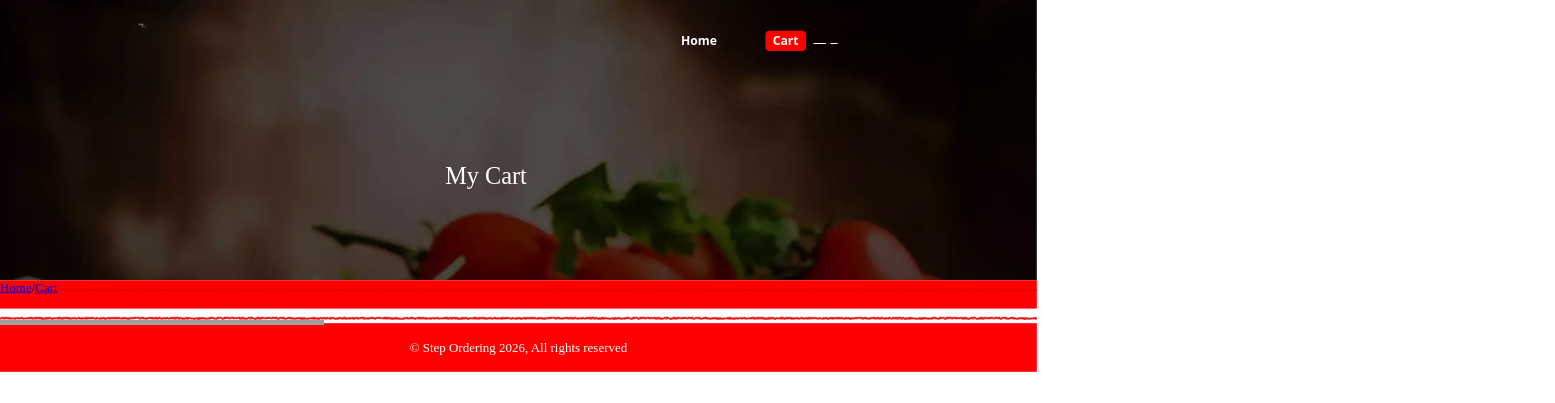
Repository: anastasia29-step/OnlineRestaurant
Page: Cart.html
The author's editor kept a copy of each file at every save. The page is drawn from the files as they stood at one save, then again after the next save.
The browser window is 1280 px wide. The page is 1280 px wide, then 1920 px, so the pictures cover 1920 px, including what lies to the right of the window. The pictures show the whole page, at 81% of full size.
Pictures or frames that could not be fetched are drawn as grey boxes.

Above is the page before, as saved 2026-03-11 20:24:19.

### Cart.html
<!DOCTYPE html>
<html lang="en">
<head>
    <meta charset="UTF-8">
    <meta name="viewport" content="width=device-width, initial-scale=1.0">
    <title>Document</title>
    <link rel="stylesheet" href="./cart.css">
    <link rel="stylesheet" href="./style.css">
</head>
<body>
    <section class="FirstLine">

        <div class="beside" id="navbar">
            <div class="left">
                <a href="./index.html"><img src="./photo/logo.png" alt=""></a>
            </div>

            <div class="right">
                <a href="./index.html">Home</a>
                <a href="./Cart.html" class="a">Cart</a>
                <a href="./Cart.html">
                    <img src="./photo/istockphoto-609074524-612x612 Background Removed.png" alt=""></a>
            </div>
        </div>

        <div class="bottom">
            <h1>My Cart</h1>
        </div>

    </section>

        <img src="./photo/border.png" alt="">
    <section class="SecondLine">
        <a href="./index.html">Home</a>
        <p>/</p>
        <a href="./Cart.html">Cart</a>
    </section>
        <img src="./photo/border.png" alt="">


    <footer>
            <p>© Step Ordering 2026, All rights reserved</p>
    </footer>
</body>
</html>

### cart.css
* {
    margin: 0;
    padding: 0;
    box-sizing: border-box;
}

section.SecondLine {
    background-color: #FF0000;
    height: 35px;
    display: flex;
    width: 100%;
    margin-top: -18px;
}

img {
    width: 100%;
    height: 5px;
}

### style.css
* {
    margin: 0;
    padding: 0;
    box-sizing: border-box;
}

.section {
    display: flex;
    flex-direction: column;
    justify-content: center;
    align-items: center;
    padding: 60px;
    gap: 10px;
}

section.section img {
    width: 80%;
    height: 5px;
    display: flex;
    justify-content: center;
    align-items: center;
}

.section h1 {
    font-style: bold;
    font-family: "Roboto Slab", serif;
    font-weight: 900;
}

ul {
    display: flex;
    justify-content: center;
    height: 80px;
    flex-wrap: wrap;
    list-style: none;
    font-weight: 400;
    gap: 18px;
    font-family: system-ui, -apple-system, BlinkMacSystemFont, 'Segoe UI', Roboto, Oxygen, Ubuntu, Cantarell, 'Open Sans', 'Helvetica Neue', sans-serif;
    align-items: center;
    margin-bottom: -12px;
}

ul::after {
    content: "";
    display: block;
    height: 6px;
    background-image: url("border.png");
    background-repeat: repeat-x;
    background-position: bottom;
}

.FirstLine {
    height: 48vh;
    background-image: url(./photo/inner_banner.jpg);
    background-position: center;
    background-repeat: no-repeat;
    background-size: cover;
    padding-left: 170px;
    padding-top: 20px;
}

.beside {
    position: fixed;
    top: 0;
    left: 0;
    width: 100%;
    display: flex;
    justify-content: space-between;
    padding: 20px 170px;
    transition: 0.3s;
    z-index: 1000;
}

.beside.active {
    background: rgba(5, 5, 5, 0.8);
}

.beside.active::after {
    content: "";
    position: absolute;
    bottom: 0;
    left: 0;
    width: 100%;
    height: 100px;
    background-image: url("photo/border.png");
    background-repeat: repeat-x;
    content: "";
    position: absolute;
    bottom: 0;
    left: 0;
    width: 100%;
    height: 5px;
    background-image: url("photo/border.png");
    background-repeat: repeat-x;
}

.beside .right {
    display: flex;
    gap: 20px;
    padding-right: 60px;
    padding-top: 20px;
}

.FirstLine .right :first-child:hover {
    color: #FFCC00;
}

.beside .right a {
    text-decoration: none;
    color: white;
    font-family: system-ui, -apple-system, BlinkMacSystemFont, 'Segoe UI', Roboto, Oxygen, Ubuntu, Cantarell, 'Open Sans', 'Helvetica Neue', sans-serif;
    font-size: 15px;
    font-weight: 700;
}

.beside .right .a {
    background-color: red;
    width: 50px;
    height: 25px;
    padding-top: 2px;
    text-align: center;
    border-radius: 5px;
    margin-top: -2px;
    margin-left: 40px;
}

.beside .right .a:hover+a img {
    transform: translateX(50px);
}

.beside .right img {
    width: 60px;
    margin-top: -21px;
    margin-left: -25px;
    transition: transform 3.0s;
}

.FirstLine .bottom h1 {
    text-align: center;
    color: white;
    margin-top: 180px;
    margin-right: 250px;
    font-size: 30px;
    font-weight: 500;
    font-family: "Roboto Slab", serif;
}

.section h1 {
    font-weight: 500;
    font-size: 35px;
}

ul li {
    height: 100%;
    font-size: 20px;
    cursor: pointer;
    transition: 0.5s;
    display: flex;
    flex-wrap: wrap;
    justify-content: center;
    align-items: center;
    padding: 5px;
    position: relative;
}

ul li:hover {
    background-color: red;
    color: white;
    position: relative;

}

ul li:hover::after {
    position: absolute;
    left: 0;
    right: 0;
    top: -4px;
    margin: auto;
    content: "";
    background: url(https://restaurant.stepprojects.ge/images/copyright_border.png);
    width: 100%;
    height: 6px;
    background-repeat: no-repeat;
}

ul li:hover::before {
    position: absolute;
    content: "";
    left: -4px;
    bottom: 0;
    top: 0;
    margin: auto;
    background: url(/photo/hover_Vbg.png);
    width: 6px;
}

.sectionCard {
    display: flex;
    width: 100%;
    padding: 60px;
    margin-top: -140px;
    justify-content: center;
}

.leftSide {
    width: 30%;
    padding: 40px;
    margin-left: 50px;
}

.filteredCard {
    width: 250px;
    height: 390px;
    display: flex;
    flex-direction: column;
    justify-content: space-between;
    align-items: center;
    padding: 20px;
    padding-bottom: 20px;
    background-color: #F1F1F1;
    border: 1px solid rgb(174, 172, 172);
    border-radius: 5px;
    font-family: system-ui, -apple-system, BlinkMacSystemFont, 'Segoe UI', Roboto, Oxygen, Ubuntu, Cantarell, 'Open Sans', 'Helvetica Neue', sans-serif;
    font-size: 18px;
    margin-left: 50px;

}

.filteredCard p {
    margin-top: -5px;
    margin-bottom: 10px;
}

.first {
    display: flex;
    width: 100%;
    justify-content: space-between;
}

.next {
    display: flex;
    align-items: center;
    text-align: center;
    width: 200px;
    height: 40px;
    gap: 10px;
    margin-top: -30px;
    margin-bottom: -10px;
}

.next .check {
    width: 20px;
    height: 20px;
    cursor: pointer;
    appearance: none;
    border: 2px solid grey;
    border-radius: 2px;
}
.next .check:checked {
    background-color: red;
    border: 2px solid red;
}
.next .check:checked::after {
    content: "✔";
    color: white;
    font-size: 14px;
    display: flex;
    justify-content: center;
    align-items: center;
}

.check:hover {
    border: 2px solid black;
}

.next p {
    font-size: 15px;
    margin-top: 5px;
}

.filteredCard button {
    height: 45px;
    width: 210px;
    background-color: #FF0000;
    color: white;
    border: none;
    border-radius: 5px;
    cursor: pointer;
    transition: 0.5s;
    font-size: 16px;
    font-family: system-ui, -apple-system, BlinkMacSystemFont, 'Segoe UI', Roboto, Oxygen, Ubuntu, Cantarell, 'Open Sans', 'Helvetica Neue', sans-serif;
    font-weight: 800;
}

.reset {
    margin-bottom: 25px;
}

.range {
    width: 90%;
    appearance: none;
    -webkit-appearance: none;
    margin-top: -40px;
}

.range::-webkit-slider-runnable-track {
    height: 10px;
    background: #FF0000;
    border-radius: 10px;
}

.range::-webkit-slider-thumb {
    appearance: none;
    -webkit-appearance: none;
    width: 20px;
    height: 20px;
    background-color: white;
    border-radius: 50%;
    border: 1px solid grey;
    cursor: pointer;
    margin-top: -6px;
}

.range::-moz-range-track {
    height: 6px;
    background-color: red;
    border-radius: 10px;
}

.range::-moz-range-thumb {
    width: 18px;
    height: 18px;
    background-color: white;
    border-radius: 50%;
    cursor: pointer;
}


.filteredCard button:hover {
    background-color: #FFCC00;
}

.rightSide {
    display: flex;
    justify-content: center;
    flex-wrap: wrap;
    padding: 40px;
    gap: 25px;
    margin-left: -150px;
}

.card {
    width: 250px;
    height: 420px;
    display: flex;
    flex-direction: column;
    align-items: center;
    justify-content: space-between;
    padding-bottom: 15px;
    border: 2px solid #CFCFCF;
    border-radius: 17px;
    cursor: pointer;
    transition: 0.5s;
    position: relative;
}

.card:hover {
    box-shadow: 0 0 20px black;
}
.card img {
    width: 100%;
    height: 202px;
    object-fit: cover;
    margin-top: -2px;
    border-top-left-radius: 17px;
    border-top-right-radius: 17px;
    background-color: #CFCFCF;
}

.card h1 {
    font-size: 20px;
    font-family: system-ui, -apple-system, BlinkMacSystemFont, 'Segoe UI', Roboto, Oxygen, Ubuntu, Cantarell, 'Open Sans', 'Helvetica Neue', sans-serif;
}

.sides {
    display: flex;
    justify-content: center;
    gap: 7px;
}

.checks {
    display: flex;
    gap: 3px;
}

.card .bottom {
    width: 100%;
    padding: 10px;
    display: flex;
    justify-content: space-between;
    align-items: center;
}

.card .bottom button {
    height: 38px;
    width: 104px;
    display: flex;
    justify-content: center;
    align-items: center;
    border: 2px double rgb(26, 26, 26);
    background-color: transparent;
    transition: 0.5s;
    cursor: pointer;
    position: relative;
}

.card .bottom button::before {
    content: "";
    top: -3px;
    left: -4px;
    position: absolute;
    background: url(/photo/bt_border.png);
    width: 108px;
    height: 42px;
}

.card .bottom button:hover {
    background-color: #FF0000;
    color: white;
    border: none;
}

.card .bottom button:hover::before {
    content: "";
    top: -3px;
    left: -4px;
    position: absolute;
    background: url(/photo/bt_hoverborder.png);
    width: 108px;
    height: 42px;
}

footer {
    background-color: #FF0000;
    height: 60px;
    width: 1200px;
    display: flex;
    justify-content: center;
    align-items: center;
    text-align: center;
    color: white;
    position: relative;
    float: left;
    width: 100%;
    padding: 18px;

}

footer::after {
    position: absolute;
    left: 0;
    right: 0;
    top: -4px;
    margin: auto;
    content: "";
    background: url(https://restaurant.stepprojects.ge/images/copyright_border.png);
    width: 100%;
    height: 6px;
    background-repeat: no-repeat;
}

After the next save:
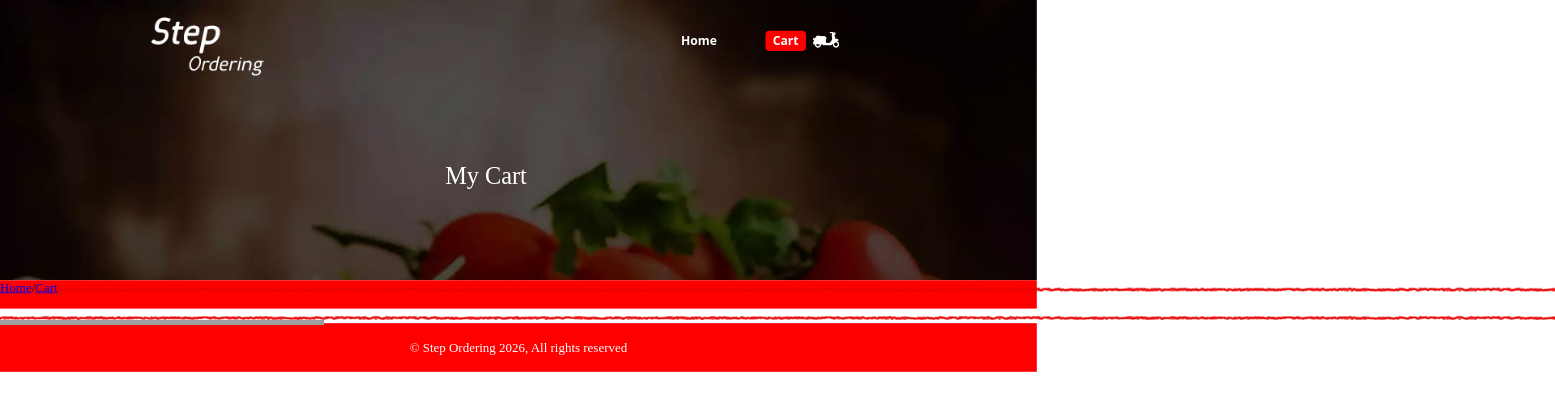
Saved 46 s later.
--- a/cart.css
+++ b/cart.css
@@ -12,7 +12,7 @@
     margin-top: -18px;
 }
 
-img {
+.firBorder {
     width: 100%;
     height: 5px;
 }
